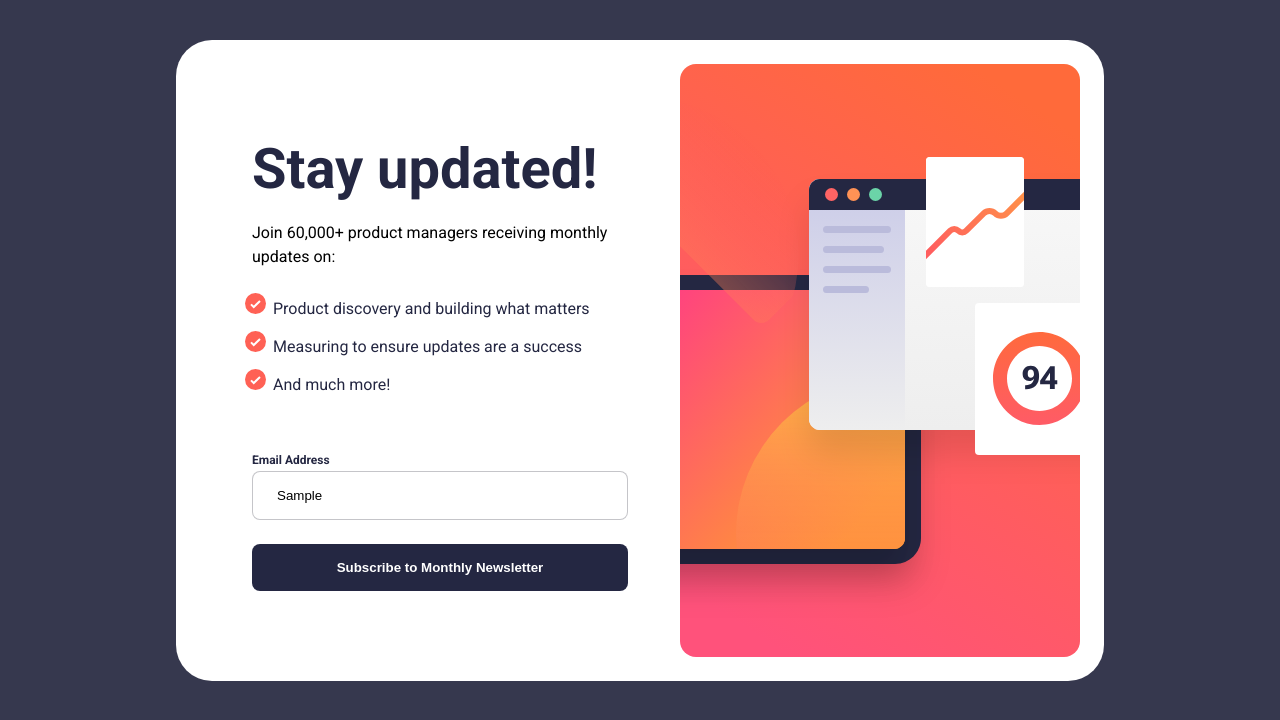
Repository: brandontaylor1/newsletter-signup
Page: index.html
The author's editor kept a copy of each file at every save. The page is drawn from the files as they stood at one save, then again after the next save.
The browser window is 1280 px wide. The pictures show the whole page.
Empty fields were first filled with sample values (such as "Sample", 5 or name@example.com).
After loading, the first visible `#form` was submitted once.

Above is the page before, as saved 2025-01-19 21:40:44.

### index.html
<!DOCTYPE html>
<html lang="en">
<head>
    <meta charset="UTF-8">
    <meta name="viewport" content="width=device-width, initial-scale=1.0">
    <link rel="preconnect" href="https://fonts.googleapis.com">
    <link rel="preconnect" href="https://fonts.gstatic.com" crossorigin>
    <link href="https://fonts.googleapis.com/css2?family=Roboto:ital,wght@0,100..900;1,100..900&display=swap" rel="stylesheet">
    <link rel="stylesheet" href="styles.css">
    <title>Newsletter Sign Up</title>
</head>
<body>
    <main class="container">
        <div class="card">
            <div class="card-content">
                <div class="card-content-text">
                    <h1>Stay updated!</h1>
                    <p>Join 60,000+ product managers receiving monthly updates on: </p>
                    <ul class="card-content-list">
                        <li>Product discovery and building what matters</li>
                        <li>Measuring to ensure updates are a success</li>
                        <li>And much more!</li>
                    </ul>
                    <form id="form">
                        <div>
                            <label for="email" id="email-label">Email Address</label><br>
                            <input type="text" id="email" name="email" placeholder="email@company.com">
                        </div>
                        <button class="submit-btn">Subscribe to Monthly Newsletter</button>
                    </form>
                </div>
            </div>
            <div class="card-image">
                <img src="./assets/images/illustration-sign-up-desktop.svg" alt="desktop image">
            </div>
        </div>
    </main>


    <script src="index.js"></script>
</body>
</html>

### styles.css
* {
    margin: 0;
    padding: 0;
    box-sizing: border-box;
}

:root {
    /* COLORS */

    --primary-color-tomato: hsl(4, 100%, 67%);
    --neutral-color-white: hsl(0, 0%, 100%);
    --neutral-color-darkGray: hsl(234, 29%, 20%);
    --neutral-color-charcoalGray: hsl(235, 18%, 26%);
    --neutral-color-gray: hsl(231, 7%, 60%);

    /* FONTS */
    --fontWeight-regular: 400;
    --fontWeight-heavy: 700;
}

body {
    font-family: "Roboto", sans-serif;
    font-size: 16px;
    line-height: 1.5;
}

.container {
    width: 100%;
    height: 100vh;
    background-color: var(--neutral-color-charcoalGray);
    display: flex;
    justify-content: center;
    align-items: center;
}

.card {
    height: 641px;
    width: 928px;
    background-color: var(--neutral-color-white);
    border-radius: 36px;
    display: grid;
    grid-template-columns: 1fr auto;
    grid-template-rows: 1fr;
    padding: 24px;
}

.card-content {
    display: flex;
    flex-direction: column;
    justify-content: center;
    align-items: center;
    padding: 40px;

}

.card-content-text {
    height: 446px;
    width: 376px;
    display: flex;
    flex-direction: column;
    align-items: left;
}

.card-content h1 {
    color: var(--neutral-color-darkGray);
    font-feature-settings: 'liga' off, 'clig' off;

    /* Heading */
    font-family: Roboto;
    font-size: 56px;
    font-style: normal;
    font-weight: 700;
    line-height: 100%; /* 56px */
}

.card-content p {
    padding: 24px 0;
}

.card-content-list {
    list-style-image: url("./assets/images/icon-list.svg")
}

.card-content-list li {
    margin-left: 21px;
    margin-right: 16px;
    padding-bottom: 10px;
    color: var(--neutral-color-darkGray);

    /* Body */
    font-family: Roboto;
    font-size: 16px;
    font-style: normal;
    font-weight: 400;
    line-height: 150%; /* 24px */
}

#form {
    margin-top: 40px;
}

label {
    color: var(--Dark-Navy, #242742);
    font-feature-settings: 'liga' off, 'clig' off;

    /* Body Small */
    font-family: Roboto;
    font-size: 12px;
    font-style: normal;
    font-weight: 700;
    line-height: 150%; /* 18px */
    margin-bottom: 8px;
}


#email {
    width: 100%;
    border-radius: 8px;
    border: 1px solid var(--grey-25, rgba(25, 24, 43, 0.25));
    padding: 16px 24px;
}

#email::placeholder {
    color: var(--neutral-color-gray);
}

.submit-btn {
    margin-top: 24px;
    width: 100%;
    padding: 16px 71px;
    border-radius: 8px;
    font-weight: 700;
    border: none;
    background: var(--neutral-color-darkGray);
    color: var(--neutral-color-white);
    cursor: pointer;
}

.submit-btn:hover {
    border-radius: 8px;
    background: var(--Gradient-1, linear-gradient(204deg, #FF6A3A 0%, #FF527B 100%));
    box-shadow: 0px 16px 32px 0px rgba(255, 97, 85, 0.50);
    cursor: pointer;
    transition: all 0.3s ease;
}

.card-image img {
    object-fit: contain;
    width: 400px;
}

### index.js
const form = document.querySelector('form');

const handleSubmit = (e) => {
    e.preventDefault();
}

form.addEventListener('submit', handleSubmit);

After the next save:
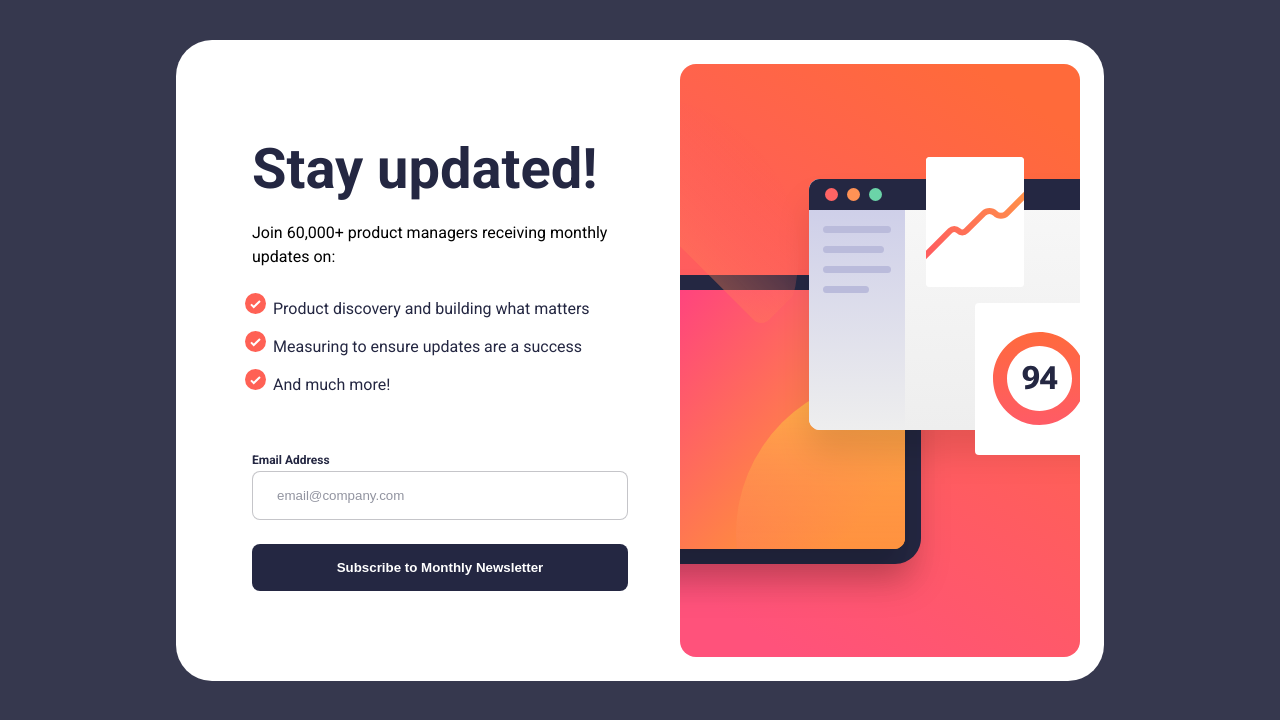
Saved 30 s later.
--- a/index.js
+++ b/index.js
@@ -2,6 +2,11 @@ const form = document.querySelector('form');
 
 const handleSubmit = (e) => {
     e.preventDefault();
+    const formData = new FormData(form);
+    const data = Object.fromEntries(formData);
+    console.log(data);
+    form.reset();
+
 }
 
 form.addEventListener('submit', handleSubmit);
